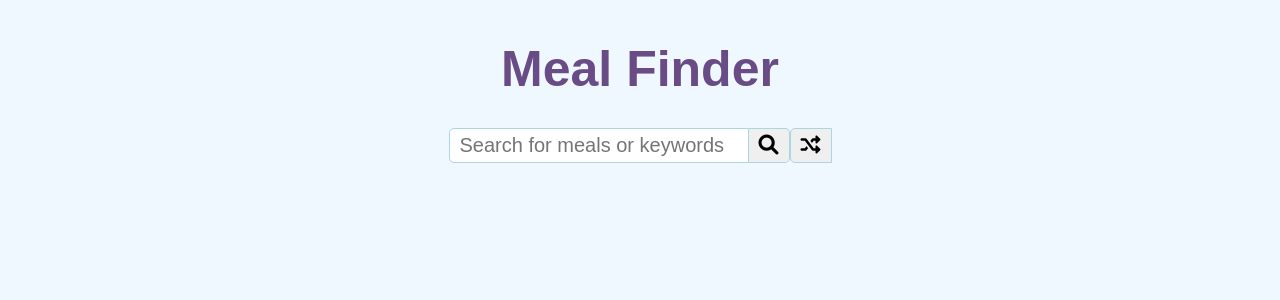
Repository: AbrorjonKuchkarov/search-meal
Page: index.html
The author's editor kept a copy of each file at every save. The page is drawn from the files as they stood at one save, then again after the next save.
The browser window is 1280 px wide. The pictures show the whole page.

Above is the page before, as saved 2022-02-24 23:26:11.

After the next save:
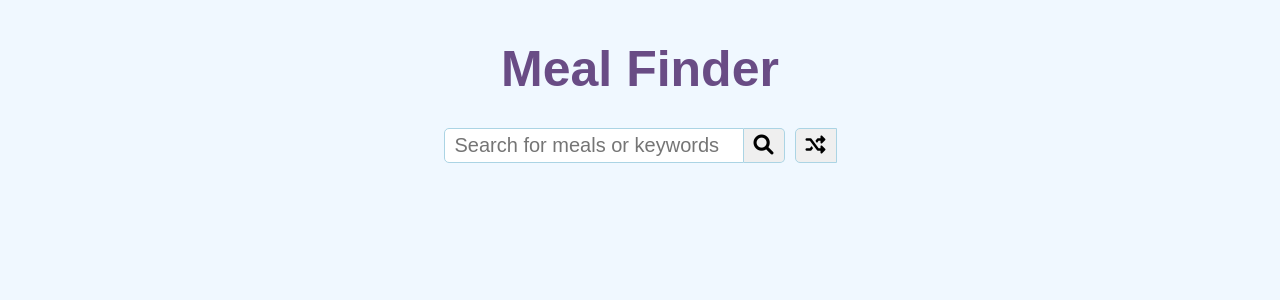
Saved 48 s later.
--- a/style.css
+++ b/style.css
@@ -49,3 +49,7 @@ input[type='text'] {
    border-bottom-right-radius: 5px;
    cursor: pointer;
 }
+
+.randomBtn {
+   margin-left: 10px;
+}
